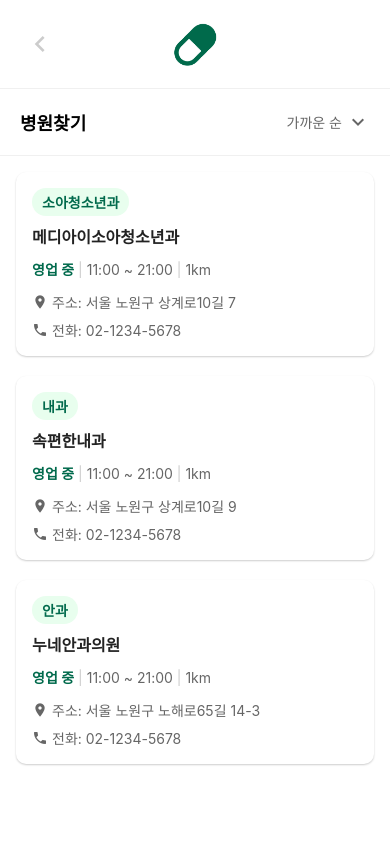
Repository: Sesac-icare/FrontEndiCare
Screen: /HospitalList (app in iCare/)
These files come from the project's save history. The screen is drawn as it stood at one moment and after the next save; the edit follows.
The app was drawn by React Native's web renderer in a window 390 px wide. The project was rebuilt for these pictures with package versions that can differ from the ones it lists, and the page was loaded fresh each time. Some packages were replaced by stand-ins written for this rebuild. Also part of the build but not shown: iCare/components/Header.js, iCare/components/Contents.js, iCare/components/PharmacyList.js, iCare/components/MyPage.js, iCare/components/auth/SignUp.js, iCare/components/DocumentStorage.js.

Above is the screen before, as saved 2025-02-06 12:33:06.

### iCare/index.js
import { registerRootComponent } from "expo";

import App from "./App";

// registerRootComponent calls AppRegistry.registerComponent('main', () => App);
// It also ensures that whether you load the app in Expo Go or in a native build,
// the environment is set up appropriately
registerRootComponent(App);

// import { AppRegistry } from "react-native";
// import App from "./src/App";
// import { iCare } from "./app.json";

// import appConfig from "./app.json";

// const appName = appConfig.expo.name;

// AppRegistry.registerComponent(appName, () => App);

### iCare/App.js
import React, { useState, useEffect } from "react";
import { NavigationContainer } from "@react-navigation/native";
import { createNativeStackNavigator } from "@react-navigation/native-stack";
import { createBottomTabNavigator } from "@react-navigation/bottom-tabs";
import { View, StyleSheet, SafeAreaView, Text } from "react-native";
import { MaterialIcons } from "@expo/vector-icons";
import Header from "./components/Header";
import Contents from "./components/Contents";
import Splash from "./components/Splash";
import HospitalList from "./components/HospitalList";
import PharmacyList from "./components/PharmacyList";
import MyPage from "./components/MyPage";
import Login from "./components/auth/Login";
import SignUp from "./components/auth/SignUp";
import DocumentStorage from "./components/DocumentStorage";

const Stack = createNativeStackNavigator();
const Tab = createBottomTabNavigator();

// 임시 채팅, 마이페이지 컴포넌트
const ChatScreen = () => (
  <SafeAreaView style={styles.safe}>
    <View style={styles.container}>
      <Header />
      <View style={styles.center}>
        <Text>채팅 화면</Text>
      </View>
    </View>
  </SafeAreaView>
);

const HomeScreen = () => {
  return (
    <SafeAreaView style={styles.safe}>
      <View style={styles.container}>
        <Header />
        <Contents />
      </View>
    </SafeAreaView>
  );
};

// 탭 네비게이터
function TabNavigator() {
  return (
    <Tab.Navigator
      screenOptions={{
        headerShown: false,
        tabBarStyle: {
          height: 60,
          borderTopWidth: 1,
          borderTopColor: "#f0f0f0",
          paddingBottom: 20,
          paddingTop: 10,
          height: 80
        },
        tabBarActiveTintColor: "#016a4c",
        tabBarInactiveTintColor: "#CCCCCC",
        tabBarLabelStyle: {
          paddingBottom: 8,
          fontSize: 12,
          fontWeight: "500",
          marginTop: -4
        },
        tabBarIconStyle: {
          marginTop: -4
        }
      }}
    >
      <Tab.Screen
        name="홈"
        component={HomeScreen}
        options={{
          tabBarIcon: ({ color }) => (
            <MaterialIcons name="home" size={28} color={color} />
          )
        }}
      />
      <Tab.Screen
        name="채팅"
        component={ChatScreen}
        options={{
          tabBarIcon: ({ color }) => (
            <MaterialIcons name="forum" size={28} color={color} />
          )
        }}
      />
      <Tab.Screen
        name="마이페이지"
        component={MyPage}
        options={{
          tabBarIcon: ({ color }) => (
            <MaterialIcons name="person" size={28} color={color} />
          )
        }}
      />
    </Tab.Navigator>
  );
}

const App = () => {
  const [isLoading, setIsLoading] = useState(true);

  useEffect(() => {
    // 3초 후에 스플래시 화면 숨기기
    const timer = setTimeout(() => {
      setIsLoading(false);
    }, 3000);

    return () => clearTimeout(timer);
  }, []);

  if (isLoading) {
    return <Splash />;
  }

  return (
    <NavigationContainer>
      <Stack.Navigator screenOptions={{ headerShown: false }}>
        <Stack.Screen name="Login" component={Login} />
        <Stack.Screen name="SignUp" component={SignUp} />
        <Stack.Screen name="MainTabs" component={TabNavigator} />
        <Stack.Screen name="HospitalList" component={HospitalList} />
        <Stack.Screen name="PharmacyList" component={PharmacyList} />
        <Stack.Screen name="DocumentStorage" component={DocumentStorage} />
      </Stack.Navigator>
    </NavigationContainer>
  );
};

const styles = StyleSheet.create({
  safe: {
    flex: 1,
    backgroundColor: "#ffffff"
  },
  container: {
    flex: 1,
    backgroundColor: "#ffffff"
  },
  center: {
    flex: 1,
    justifyContent: "center",
    alignItems: "center"
  },
  button: {
    backgroundColor: "#f0f0f0",
    padding: 14,
    borderRadius: 9,
    marginBottom: 9,
    alignItems: "center"
  },
  buttonText: {
    fontSize: 18,
    color: "green",
    fontFamily: "NotoSansKR"
  }
});

export default App;

### iCare/components/Splash.js
import React from "react";
import { View, Text, StyleSheet, Image, Dimensions } from "react-native";

const { height } = Dimensions.get("window");

export default function Splash() {
  return (
    <View style={styles.container}>
      <View style={styles.logoContainer}>
        <Image
          source={require("../assets/iCareLogo.jpg")}
          style={styles.logo}
          resizeMode="contain"
        />
      </View>
      <View style={styles.footer}>
        <Text style={styles.title}>iCare</Text>
        <Text style={styles.subtitle}>
          아이를 위한 24시간 병원 및 약국 찾기
        </Text>
      </View>
    </View>
  );
}

const styles = StyleSheet.create({
  container: {
    flex: 1,
    backgroundColor: "#016a4c",
    justifyContent: "center"
  },
  logoContainer: {
    position: "absolute",
    top: "40%",
    left: 0,
    right: 0,
    alignItems: "center"
  },
  logo: {
    width: 200,
    height: 200
  },
  footer: {
    position: "absolute",
    bottom: 80,
    left: 0,
    right: 0,
    alignItems: "center"
  },
  title: {
    fontSize: 36,
    color: "#12b67a",
    marginBottom: 8,
    fontFamily: "NotoSansKR",
    fontWeight: "bold"
  },
  subtitle: {
    fontSize: 18,
    color: "white",
    opacity: 0.8,
    fontFamily: "NotoSansKR",
    fontWeight: "400"
  }
});

### iCare/components/HospitalList.js
import React from "react";
import {
  View,
  Text,
  StyleSheet,
  ScrollView,
  TouchableOpacity,
  SafeAreaView,
  Image
} from "react-native";
import { MaterialIcons } from "@expo/vector-icons";
import { useNavigation } from "@react-navigation/native";

export default function HospitalList() {
  const navigation = useNavigation();
  const hospitals = [
    {
      type: "소아청소년과",
      name: "메디아이소아청소년과",
      status: "영업 중",
      hours: "11:00 ~ 21:00",
      distance: "1km",
      address: "서울 노원구 상계로10길 7",
      tel: "02-1234-5678"
    },
    {
      type: "내과",
      name: "속편한내과",
      status: "영업 중",
      hours: "11:00 ~ 21:00",
      distance: "1km",
      address: "서울 노원구 상계로10길 9",
      tel: "02-1234-5678"
    },
    {
      type: "안과",
      name: "누네안과의원",
      status: "영업 중",
      hours: "11:00 ~ 21:00",
      distance: "1km",
      address: "서울 노원구 노해로65길 14-3",
      tel: "02-1234-5678"
    }
  ];

  return (
    <SafeAreaView style={styles.safe}>
      <View style={styles.container}>
        <View style={styles.header}>
          <TouchableOpacity
            style={styles.backButton}
            onPress={() => navigation.goBack()}
          >
            <MaterialIcons name="chevron-left" size={32} color="#CCCCCC" />
          </TouchableOpacity>
          <Image
            source={require("../assets/HeaderGreenLogo.png")}
            style={styles.logo}
            resizeMode="contain"
          />
        </View>

        <View style={styles.subHeader}>
          <Text style={styles.pageTitle}>병원찾기</Text>
          <TouchableOpacity style={styles.filterButton}>
            <Text style={styles.filterText}>가까운 순</Text>
            <MaterialIcons
              name="keyboard-arrow-down"
              size={24}
              color="#666666"
            />
          </TouchableOpacity>
        </View>

        <ScrollView style={styles.listContainer}>
          {hospitals.map((hospital, index) => (
            <TouchableOpacity key={index} style={styles.hospitalItem}>
              <View style={styles.hospitalHeader}>
                <View style={styles.typeLabel}>
                  <Text style={styles.typeText}>{hospital.type}</Text>
                </View>
                <Text style={styles.hospitalName}>{hospital.name}</Text>
              </View>
              <Text style={styles.statusText}>
                <Text
                  style={
                    hospital.status === "영업 중"
                      ? styles.openStatus
                      : styles.closedStatus
                  }
                >
                  {hospital.status}
                </Text>
                <Text style={styles.statusDivider}> | </Text>
                {hospital.hours}
                <Text style={styles.statusDivider}> | </Text>
                {hospital.distance}
              </Text>
              <View style={styles.addressContainer}>
                <MaterialIcons name="location-on" size={16} color="#666" />
                <Text style={styles.addressText}>주소: {hospital.address}</Text>
              </View>
              <View style={styles.telContainer}>
                <MaterialIcons name="phone" size={16} color="#666" />
                <Text style={styles.telText}>전화: {hospital.tel}</Text>
              </View>
            </TouchableOpacity>
          ))}
        </ScrollView>
      </View>
    </SafeAreaView>
  );
}

const styles = StyleSheet.create({
  safe: {
    flex: 1,
    backgroundColor: "#fff"
  },
  container: {
    flex: 1,
    backgroundColor: "#fff"
  },
  header: {
    flexDirection: "row",
    alignItems: "center",
    padding: 20,
    borderBottomWidth: 1,
    borderBottomColor: "#f0f0f0",
    backgroundColor: "#fff",
    position: "relative"
  },
  backButton: {
    padding: 4,
    position: "absolute",
    left: 20,
    zIndex: 1
  },
  logo: {
    width: 48,
    height: 48,
    marginLeft: "auto",
    marginRight: "auto"
  },
  subHeader: {
    flexDirection: "row",
    justifyContent: "space-between",
    alignItems: "center",
    padding: 20,
    backgroundColor: "#fff",
    borderBottomWidth: 1,
    borderBottomColor: "#f0f0f0"
  },
  pageTitle: {
    fontSize: 18,
    fontWeight: "bold",
    color: "#000"
  },
  filterButton: {
    flexDirection: "row",
    alignItems: "center",
    gap: 4
  },
  filterText: {
    fontSize: 14,
    color: "#666666"
  },
  listContainer: {
    flex: 1,
    padding: 16
  },
  hospitalItem: {
    marginBottom: 20,
    padding: 16,
    backgroundColor: "#fff",
    borderRadius: 10,
    elevation: 2,
    shadowColor: "#000",
    shadowOffset: {
      width: 0,
      height: 1
    },
    shadowOpacity: 0.2,
    shadowRadius: 2
  },
  hospitalHeader: {
    marginBottom: 12
  },
  typeLabel: {
    backgroundColor: "#E8FEEE",
    paddingVertical: 4,
    paddingHorizontal: 10,
    borderRadius: 20,
    alignSelf: "flex-start",
    marginBottom: 8
  },
  typeText: {
    color: "#016A4C",
    fontSize: 14,
    fontWeight: "600"
  },
  hospitalName: {
    fontSize: 16,
    fontWeight: "bold",
    color: "#222222"
  },
  openStatus: {
    color: "#016A4C",
    fontWeight: "600"
  },
  closedStatus: {
    color: "#E53935",
    fontWeight: "600"
  },
  statusDivider: {
    color: "#CCCCCC"
  },
  statusText: {
    color: "#666",
    fontSize: 14,
    marginBottom: 12,
    lineHeight: 20
  },
  addressContainer: {
    flexDirection: "row",
    alignItems: "center",
    gap: 4,
    marginBottom: 8
  },
  telContainer: {
    flexDirection: "row",
    alignItems: "center",
    gap: 4
  },
  addressText: {
    color: "#666",
    fontSize: 14,
    flex: 1
  },
  telText: {
    color: "#666",
    fontSize: 14,
    flex: 1
  }
});

### iCare/components/auth/Login.js
import React, { useState } from "react";
import {
  View,
  Text,
  StyleSheet,
  TouchableOpacity,
  SafeAreaView,
  Image,
  TextInput,
  KeyboardAvoidingView,
  Platform,
  ScrollView
} from "react-native";
import { MaterialIcons } from "@expo/vector-icons";
import { useNavigation } from "@react-navigation/native";

export default function Login() {
  const navigation = useNavigation();
  const [email, setEmail] = useState("");
  const [password, setPassword] = useState("");

  // 버튼 활성화 여부를 확인하는 함수
  const isLoginButtonEnabled = email.trim() !== "" && password.trim() !== "";

  const handleLogin = () => {
    if (!isLoginButtonEnabled) return;

    // 테스트를 위해 API 호출 없이 바로 메인 화면으로 이동
    navigation.navigate("MainTabs");

    /* 실제 API 연동 코드는 주석 처리
    fetch('api/users/login', {
      method: 'POST',
      headers: {
        'Content-Type': 'application/json',
      },
      body: JSON.stringify({
        email,
        password
      })
    })
    .then(response => response.json())
    .then(data => {
      if (data.token) {
        navigation.navigate("MainTabs");
      }
    })
    .catch(error => {
      if (error.response?.status === 400) {
        alert("이메일 또는 비밀번호가 올바르지 않습니다.");
      }
    });
    */
  };

  return (
    <SafeAreaView style={styles.safe}>
      <KeyboardAvoidingView
        behavior={Platform.OS === "ios" ? "padding" : "height"}
        style={styles.container}
      >
        <View style={styles.content}>
          <View style={styles.logoContainer}>
            <Image
              source={require("../../assets/HeaderGreenLogo.png")}
              style={styles.logo}
              resizeMode="contain"
            />
          </View>

          <View style={styles.inputSection}>
            <Text style={styles.label}>이메일</Text>
            <TextInput
              style={styles.input}
              placeholder="이메일을 입력해주세요"
              placeholderTextColor="#999"
              value={email}
              onChangeText={setEmail}
              autoCapitalize="none"
              keyboardType="email-address"
            />
          </View>

          <View style={styles.inputSection}>
            <Text style={styles.label}>비밀번호</Text>
            <TextInput
              style={styles.input}
              placeholder="비밀번호를 입력해주세요"
              placeholderTextColor="#999"
              secureTextEntry
              value={password}
              onChangeText={setPassword}
            />
          </View>
        </View>

        <View style={styles.buttonWrapper}>
          <TouchableOpacity
            style={[
              styles.loginButton,
              !isLoginButtonEnabled && styles.loginButtonDisabled
            ]}
            onPress={handleLogin}
            disabled={!isLoginButtonEnabled}
          >
            <Text
              style={[
                styles.loginButtonText,
                !isLoginButtonEnabled && styles.loginButtonTextDisabled
              ]}
            >
              로그인
            </Text>
          </TouchableOpacity>

          <TouchableOpacity
            style={styles.button}
            onPress={() => navigation.navigate("SignUp")}
          >
            <Text style={styles.buttonText}>회원가입</Text>
          </TouchableOpacity>
        </View>
      </KeyboardAvoidingView>
    </SafeAreaView>
  );
}

const styles = StyleSheet.create({
  safe: {
    flex: 1,
    backgroundColor: "#fff"
  },
  container: {
    flex: 1,
    backgroundColor: "#fff"
  },
  content: {
    flex: 1,
    padding: 24,
    justifyContent: "center"
  },
  logoContainer: {
    alignItems: "center",
    marginBottom: 60
  },
  logo: {
    width: 80,
    height: 80
  },
  inputSection: {
    marginBottom: 20
  },
  label: {
    fontSize: 14,
    color: "#222",
    marginBottom: 8,
    fontWeight: "500"
  },
  input: {
    borderWidth: 1,
    borderColor: "#E8E8E8",
    borderRadius: 8,
    padding: 12,
    fontSize: 14,
    color: "#222222"
  },
  buttonWrapper: {
    padding: 24,
    paddingBottom: Platform.OS === "ios" ? 34 : 24
  },
  loginButton: {
    backgroundColor: "#016A4C",
    paddingVertical: 15,
    borderRadius: 10,
    alignItems: "center",
    marginBottom: 12
  },
  loginButtonDisabled: {
    backgroundColor: "#CCCCCC"
  },
  loginButtonText: {
    color: "#fff",

    fontSize: 16,
    fontWeight: "600"
  },
  loginButtonTextDisabled: {
    color: "#999999"
  },
  button: {
    backgroundColor: "#fff",
    paddingVertical: 15,
    borderRadius: 10,
    alignItems: "center",
    borderWidth: 1,
    borderColor: "#016A4C"
  },
  buttonText: {
    fontSize: 16,
    color: "#016A4C",
    fontWeight: "600"
  }
});

After the next save:
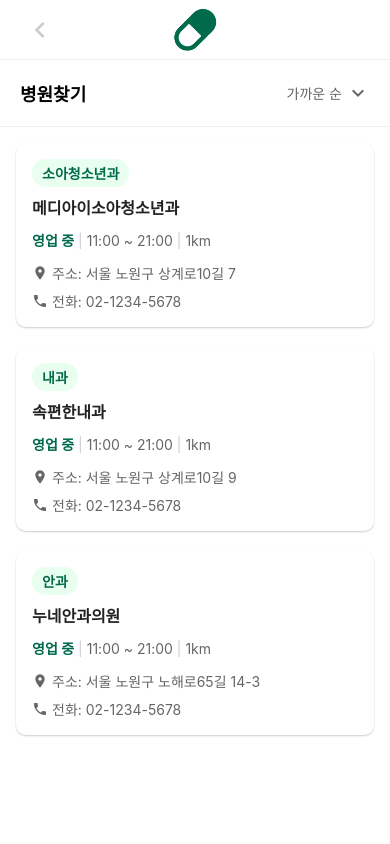
Saved 90 s later.
--- a/iCare/components/HospitalList.js
+++ b/iCare/components/HospitalList.js
@@ -122,25 +122,23 @@ const styles = StyleSheet.create({
     backgroundColor: "#fff"
   },
   header: {
-    flexDirection: "row",
-    alignItems: "center",
-    padding: 20,
+    height: 60,
+    flexDirection: "row",
+    alignItems: "center",
+    justifyContent: "center",
     borderBottomWidth: 1,
     borderBottomColor: "#f0f0f0",
     backgroundColor: "#fff",
     position: "relative"
   },
   backButton: {
-    padding: 4,
     position: "absolute",
     left: 20,
-    zIndex: 1
+    padding: 4
   },
   logo: {
     width: 48,
-    height: 48,
-    marginLeft: "auto",
-    marginRight: "auto"
+    height: 48
   },
   subHeader: {
     flexDirection: "row",
